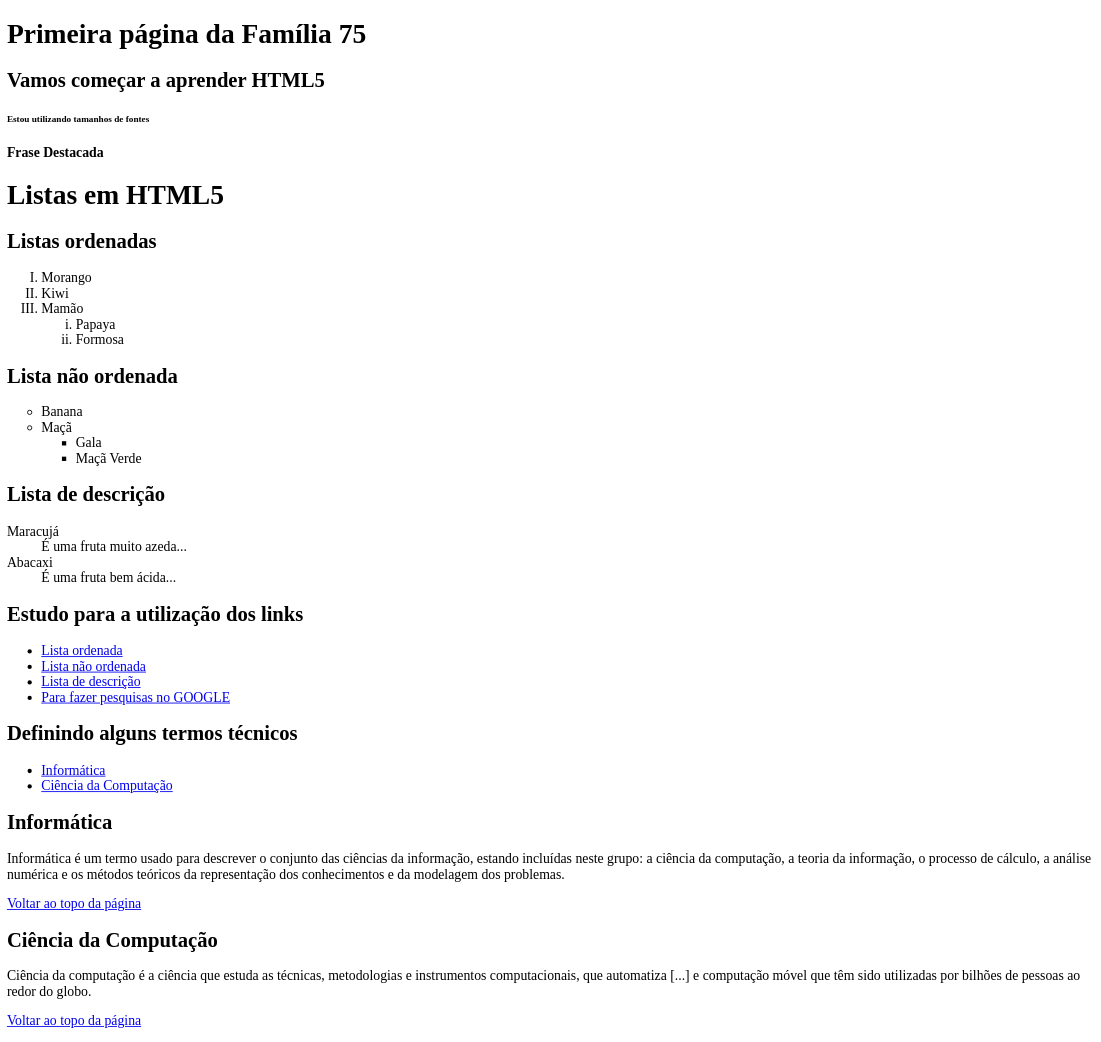
Repository: Thichi99/BootcampGen75
Page: Familia75/index.html
An editor plug-in stored every save of this project. The page is shown before and after a run of saves, followed by the edit.
The browser window is 1280 px wide. The pictures show the whole page, at 86% of full size.

Above is the page before, as saved 2024-07-26 11:34:15.

### Familia75/index.html
<!DOCTYPE html> <!--Estou indicando que é um documento do tipo HTML-->
<html lang="pt-br">
<head>
    <meta charset="UTF-8">
    <meta name="viewport" content="width=device-width, initial-scale=1.0">
    <meta name="author" content="Luís Guerreiro">
    <meta name="description" content="Minha primeira pagina Web -- Olá Mundo!!!">
    <meta name="keywords" content="Pobreza,erradicação,familia">
    <title>Família 75</title>
</head>
<body>
   <h1>Primeira página da Família 75</h1>
   <h2>Vamos começar a aprender HTML5</h2>
   <h6>Estou utilizando tamanhos de fontes</h6>
   <strong>Frase Destacada</strong>
   <h1>Listas em HTML5</h1>
   <h2>Listas ordenadas</h2>
   <ol type="I">
        <li>Morango</li>
        <li>Kiwi</li>
        <li>Mamão
            <ol type="i">
                <li>Papaya</li>
                <li>Formosa</li>
            </ol>
        </li>
   </ol>
   <h2>Lista não ordenada</h2>
   <ul type="circle">
        <li>Banana</li>
        <li>Maçã
            <ul type="square">
                <li>Gala</li>
                <li>Maçã Verde</li>
            </ul>
        </li>
   </ul>
   <h2>Lista de descrição</h2>
   <dl>
        <dt>Maracujá</dt>
        <dd>É uma fruta muito azeda...</dd>
        <dt>Abacaxi</dt>
        <dd>É uma fruta bem ácida...</dd>
   </dl>

   <h2>Estudo para a utilização dos links</h2>
   <ul>
    <li><a href=".\ordenada.html">Lista ordenada</a></li>
    <li><a href=".\naoOrdenada.html">Lista não ordenada</a></li>
    <li><a href=".\listadescricao.html">Lista de descrição</a></li>
    <li><a href="http://google.com" target="_blank">Para fazer pesquisas no GOOGLE</a></li>

   </ul>

   <h2>Definindo alguns termos técnicos</h2>
   <ul>
    <li><a href="#Info1">Informática</a></li>
    <li><a href="#Computação">Ciência da Computação</a></li>
   </ul>
   <a name="Info1" title="Descrição de informática">
    <h2>Informática</h2>
   </a>
   <p>
    Informática é um termo usado para descrever o conjunto das ciências da informação,
estando incluídas neste grupo: a ciência da computação, a teoria da informação, o
processo de cálculo, a análise numérica e os métodos teóricos da representação dos
conhecimentos e da modelagem dos problemas.
   </p>
   <p><a href="#">Voltar ao topo da página</a></p>

   <a name="Computação" title="Ciência da Computação">
    <h2>Ciência da Computação</h2>
   </a>
   <p>
    Ciência da computação é a ciência que estuda as técnicas, metodologias e instrumentos
computacionais, que automatiza [...] e computação móvel que têm sido utilizadas por bilhões de
pessoas ao redor do globo.
   </p>
   <p><a href="#">Voltar ao topo da página</a></p>


</body>
</html>

After the next 3 saves:
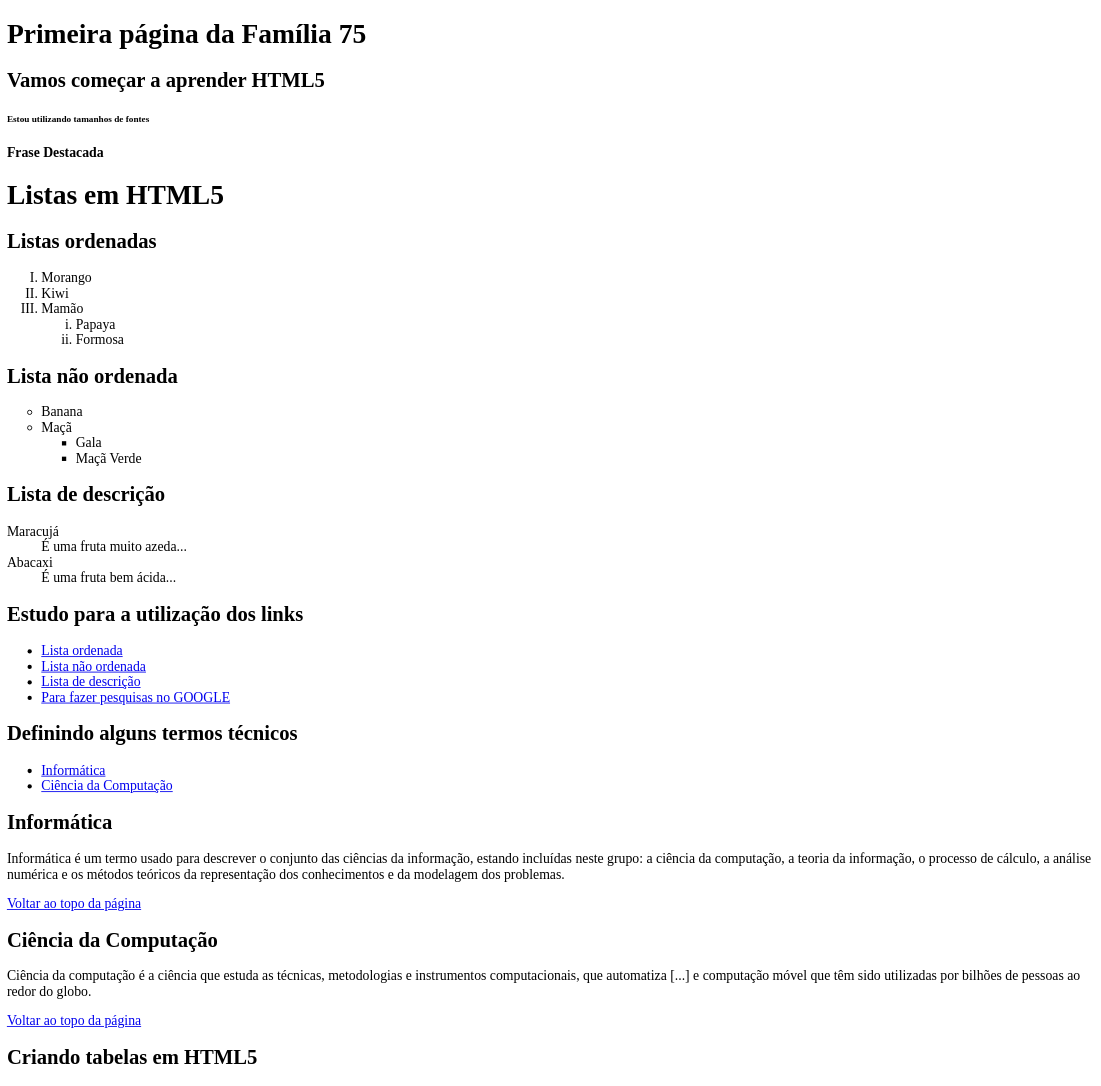
The 3 saves are shown as one change because they came seconds apart.
The last was saved 32 s later.
--- a/Familia75/index.html
+++ b/Familia75/index.html
@@ -78,6 +78,7 @@ pessoas ao redor do globo.
    </p>
    <p><a href="#">Voltar ao topo da página</a></p>
 
+   <h2>Criando tabelas em HTML5</h2>
 
 </body>
 </html>
